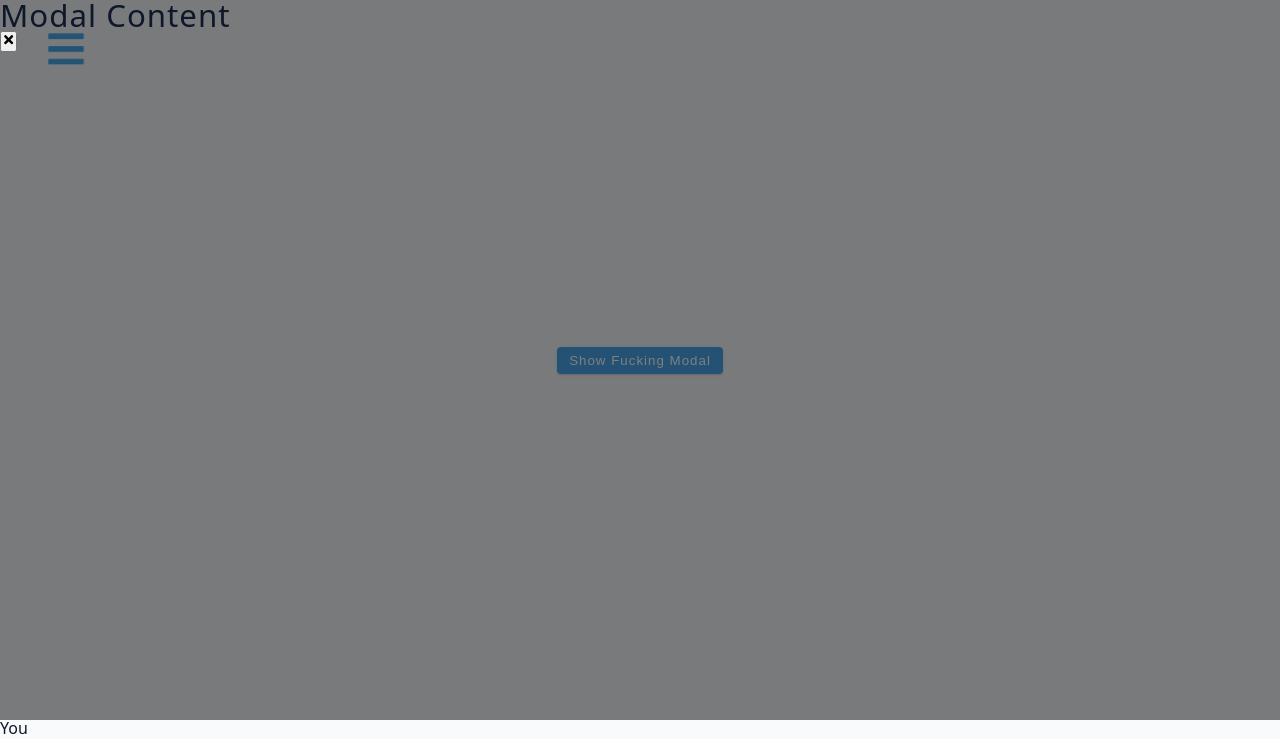
Repository: Maryie-B/React-Practice-Projects
Page: / (app in Sidebar/)
These files come from the project's save history. The page is drawn as it stood at one moment and after the next save; the edit follows.
The browser window is 1280 px wide. The pictures show the whole page.
The project was rebuilt for these pictures with package versions that can differ from the ones it lists, and the page was loaded fresh each time. Also part of the build but not shown: Sidebar/vite.config.js.

Above is the page before, as saved 2023-06-13 11:08:19.

### Sidebar/src/main.jsx
import React from 'react';
import ReactDOM from 'react-dom/client';
import App from './App';
import './index.css';
import { AppProvider } from './Context';

ReactDOM.createRoot(document.getElementById('root')).render(
  <React.StrictMode>
    <AppProvider>
      <App />
    </AppProvider>
  </React.StrictMode>
);

### Sidebar/src/App.jsx
import Home from "./Home";
import Sidebar from "./Sidebar";
import Modal from "./Modal";

const App = () => {
  return <>
    <Home />
    <Sidebar />
    <Modal />
  </>;
};
export default App;

### Sidebar/src/index.css
/* ============= GLOBAL CSS =============== */

*,
::after,
::before {
  margin: 0;
  padding: 0;
  box-sizing: border-box;
}

html {
  font-size: 100%;
} /*16px*/

:root {
  /* colors */
  --primary-100: #c5e5fc;
  --primary-200: #a5d5f8;
  --primary-300: #8bcbf9;
  --primary-400: #6ebef7;
  --primary-500: #49a6e9;
  --primary-600: #2d87c8;
  --primary-700: #1a6aa2;
  --primary-800: #104e7a;
  --primary-900: #063251;

  /* grey */
  --grey-50: #f8fafc;
  --grey-100: #f1f5f9;
  --grey-200: #e2e8f0;
  --grey-300: #cbd5e1;
  --grey-400: #94a3b8;
  --grey-500: #64748b;
  --grey-600: #475569;
  --grey-700: #334155;
  --grey-800: #1e293b;
  --grey-900: #0f172a;
  /* rest of the colors */
  --black: #222;
  --white: #fff;
  --red-light: #f8d7da;
  --red-dark: #842029;
  --green-light: #d1e7dd;
  --green-dark: #0f5132;

  --small-text: 0.875rem;
  --extra-small-text: 0.7em;
  /* rest of the vars */
  --backgroundColor: var(--grey-50);
  --textColor: var(--grey-900);
  --borderRadius: 0.25rem;
  --letterSpacing: 1px;
  --transition: 0.3s ease-in-out all;
  --max-width: 1120px;
  --fixed-width: 600px;

  /* box shadow*/
  --shadow-1: 0 1px 3px 0 rgba(0, 0, 0, 0.1), 0 1px 2px 0 rgba(0, 0, 0, 0.06);
  --shadow-2: 0 4px 6px -1px rgba(0, 0, 0, 0.1),
    0 2px 4px -1px rgba(0, 0, 0, 0.06);
  --shadow-3: 0 10px 15px -3px rgba(0, 0, 0, 0.1),
    0 4px 6px -2px rgba(0, 0, 0, 0.05);
  --shadow-4: 0 20px 25px -5px rgba(0, 0, 0, 0.1),
    0 10px 10px -5px rgba(0, 0, 0, 0.04);
}

body {
  background: var(--backgroundColor);
  font-family: system-ui, -apple-system, BlinkMacSystemFont, 'Segoe UI', Roboto,
    Oxygen, Ubuntu, Cantarell, 'Open Sans', 'Helvetica Neue', sans-serif;
  font-weight: 400;
  line-height: 1;
  color: var(--textColor);
}
p {
  margin: 0;
}
h1,
h2,
h3,
h4,
h5 {
  margin: 0;
  font-family: var(--headingFont);
  font-weight: 400;
  line-height: 1;
  text-transform: capitalize;
  letter-spacing: var(--letterSpacing);
}

h1 {
  font-size: 3.052rem;
}

h2 {
  font-size: 2.441rem;
}

h3 {
  font-size: 1.953rem;
}

h4 {
  font-size: 1.563rem;
}

h5 {
  font-size: 1.25rem;
}

.text {
  margin-bottom: 1.5rem;
  max-width: 40em;
}

small,
.text-small {
  font-size: var(--small-text);
}

a {
  text-decoration: none;
}
ul {
  list-style-type: none;
  padding: 0;
}

.img {
  width: 100%;
  display: block;
  object-fit: cover;
}
/* buttons */

.btn {
  cursor: pointer;
  color: var(--white);
  background: var(--primary-500);
  border: transparent;
  border-radius: var(--borderRadius);
  letter-spacing: var(--letterSpacing);
  padding: 0.375rem 0.75rem;
  box-shadow: var(--shadow-1);
  transition: var(--transition);
  text-transform: capitalize;
  display: inline-block;
}
.btn:hover {
  background: var(--primary-700);
  box-shadow: var(--shadow-3);
}
.btn-hipster {
  color: var(--primary-500);
  background: var(--primary-200);
}
.btn-hipster:hover {
  color: var(--primary-200);
  background: var(--primary-700);
}
.btn-block {
  width: 100%;
}

/* alerts */
.alert {
  padding: 0.375rem 0.75rem;
  margin-bottom: 1rem;
  border-color: transparent;
  border-radius: var(--borderRadius);
}

.alert-danger {
  color: var(--red-dark);
  background: var(--red-light);
}
.alert-success {
  color: var(--green-dark);
  background: var(--green-light);
}
/* form */

.form {
  width: 90vw;
  max-width: var(--fixed-width);
  background: var(--white);
  border-radius: var(--borderRadius);
  box-shadow: var(--shadow-2);
  padding: 2rem 2.5rem;
  margin: 3rem auto;
}
.form-label {
  display: block;
  font-size: var(--small-text);
  margin-bottom: 0.5rem;
  text-transform: capitalize;
  letter-spacing: var(--letterSpacing);
}
.form-input,
.form-textarea {
  width: 100%;
  padding: 0.375rem 0.75rem;
  border-radius: var(--borderRadius);
  background: var(--backgroundColor);
  border: 1px solid var(--grey-200);
}

.form-row {
  margin-bottom: 1rem;
}

.form-textarea {
  height: 7rem;
}
::placeholder {
  font-family: inherit;
  color: var(--grey-400);
}
.form-alert {
  color: var(--red-dark);
  letter-spacing: var(--letterSpacing);
  text-transform: capitalize;
}
/* alert */

@keyframes spinner {
  to {
    transform: rotate(360deg);
  }
}

.loading {
  width: 6rem;
  height: 6rem;
  border: 5px solid var(--grey-400);
  border-radius: 50%;
  border-top-color: var(--primary-500);
  animation: spinner 0.6s linear infinite;
  margin: 0 auto;
}

/* title */

.title {
  text-align: center;
}

.title-underline {
  background: var(--primary-500);
  width: 7rem;
  height: 0.25rem;
  margin: 0 auto;
  margin-top: 1rem;
}
/*
===============
Project CSS
===============
*/

main {
  min-height: 100vh;
  display: flex;
  justify-content: center;
  align-items: center;
  background: var(--grey-100);
}

.sidebar-toggle {
  position: fixed;
  top: 2rem;
  left: 3rem;
  font-size: 2rem;
  background: transparent;
  border-color: transparent;
  color: var(--primary-500);
  cursor: pointer;
  animation: bounce 2s ease-in-out infinite;
}

@keyframes bounce {
  0% {
    transform: scale(1);
  }
  50% {
    transform: scale(1.5);
  }
  100% {
    transform: scale(1);
  }
}

.modal-overlay {
  position: fixed;
  top: 0;
  left: 0;
  width: 100%;
  height: 100%;
  background-color: rgba(0, 0, 0, 0.5);
}

### Sidebar/src/Context.jsx
import { createContext, useState, useContext} from "react";

const AppContext = createContext();

export const AppProvider = ({children}) => {
    const [isSidebarOpen, setIsSidebarOpen] = useState(false);
    const [isModalOpen, setIsModalOpen] = useState(false);

    const openSidebar = () => {
        setIsSidebarOpen(true);
    };
    const closeSidebar = () => {
        setIsSidebarOpen(false);
    };
    const openModal = () => {
        setIsModalOpen(true);
    };
    const closeModal = () => {
        setIsModalOpen(false);
    };

    return (
        <AppContext.Provider value={{isSidebarOpen, isModalOpen, openSidebar, openModal, closeSidebar, closeModal}}>
            {children}
        </AppContext.Provider>
    );
};

export const useGlobalContext = () => {
    return useContext(AppContext);
};

### Sidebar/src/Home.jsx
import React from 'react'
import { useGlobalContext } from './Context'
import { FaBars} from 'react-icons/fa';

const Home = () => {
    const { openSidebar, openModal } = useGlobalContext();
  return (
    <main>
      <button className="sidebar-toggle" onClick={openSidebar}>
        <FaBars />
      </button>
      <button className="btn"onClick={openModal}>
        Show Fucking Modal
      </button>
    </main>
  )
}

export default Home

### Sidebar/src/Sidebar.jsx
import React from 'react'

const Sidebar = () => {
  return (
    <div>
      You
    </div>
  )
}

export default Sidebar

### Sidebar/src/Modal.jsx
import React from 'react'
import { FaTimes } from 'react-icons/fa'
import { useGlobalContext } from './Context'

const Modal = () => {
    const { isModalOpen, closeModal} = useGlobalContext();
  return (
    <div className='modal-overlay'>
      <div className="modal-container">
        <h3>Modal Content</h3>
        <button className="close-modal-btn" onClick={closeModal}>
            <FaTimes />
        </button>
      </div>
    </div>
  )
}

export default Modal

Loaded but not shown: Sidebar/index.html (common file)

After the next save:
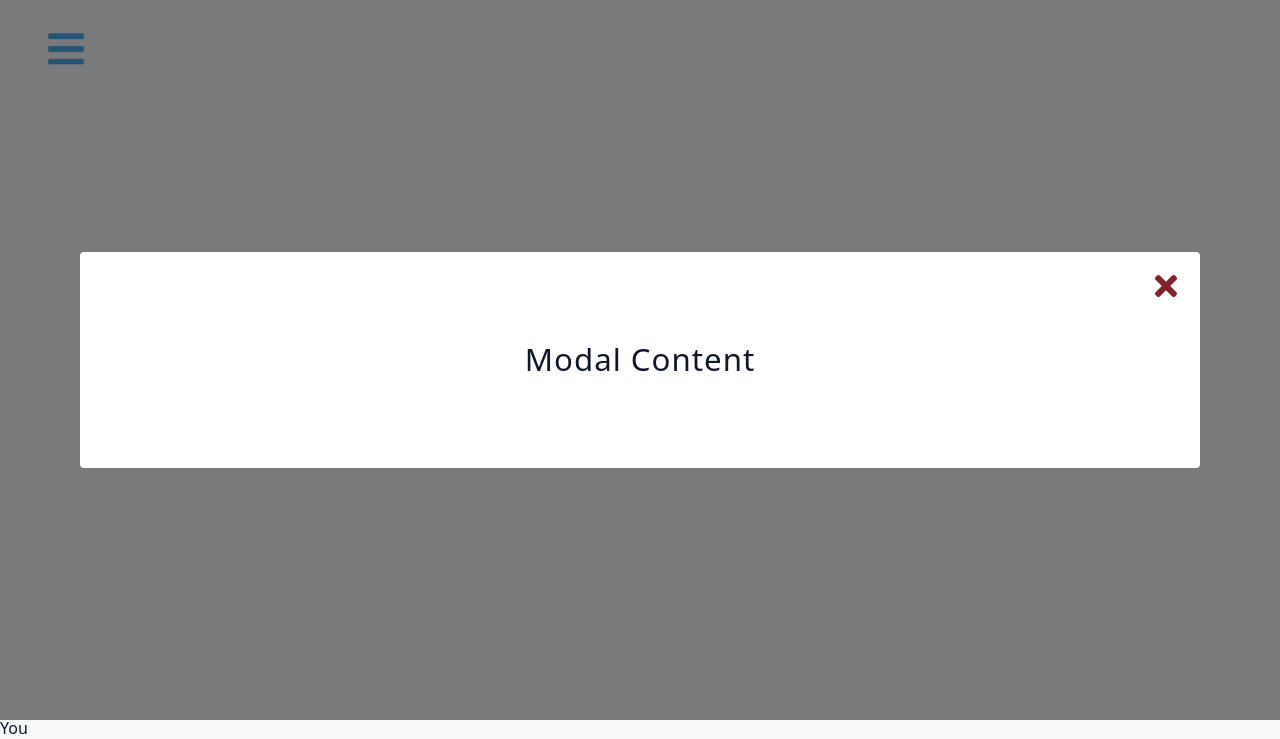
Saved 4 min 30 s later.
--- a/Sidebar/src/index.css
+++ b/Sidebar/src/index.css
@@ -297,4 +297,28 @@
   width: 100%;
   height: 100%;
   background-color: rgba(0, 0, 0, 0.5);
-}
+  display: grid;
+  place-items: center;
+}
+
+.modal-container {
+  background: var(--white);
+  width: 90vw;
+  height: 30vh;
+  border-radius: var(--borderRadius);
+  max-width: var(--max-width);
+  text-align: center;
+  display: grid;
+  place-items: center;
+  position: relative;
+}
+
+.close-modal-btn {
+  position: absolute;
+  top: 1rem;
+  right: 1rem;
+  font-size: 2rem;
+  background: transparent;
+  border-color: transparent;
+  color: var(--red-dark);
+}
